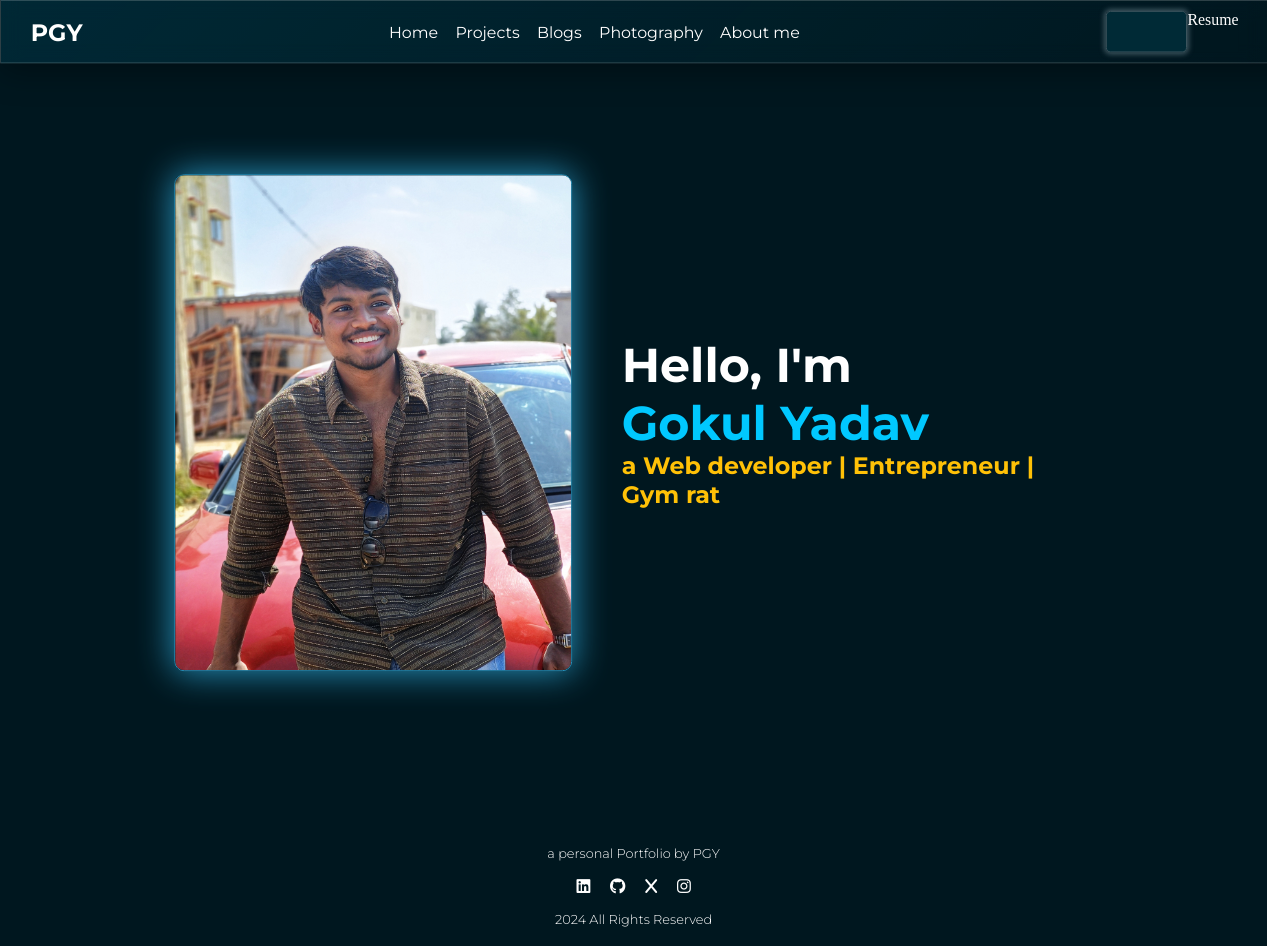
Repository: pgyunknown/pgyunknown
Page: index.html
These files come from the project's save history. The page is drawn as it stood at one moment and after the next save; the edit follows.
The browser window is 1280 px wide. The pictures show the whole page, at 99% of full size.
Some web libraries are served in a nearby version.

Above is the page before, as saved 2024-08-19 12:54:53.

### index.html
<!DOCTYPE html>
<html lang="en">
<head>
    <meta charset="UTF-8">
    <meta name="viewport" content="width=device-width, initial-scale=1.0">
    <title>Personal portfolio</title>
    <link rel="stylesheet" href="index.css">
    <link rel="preconnect" href="https://fonts.googleapis.com">
<link rel="preconnect" href="https://fonts.gstatic.com" crossorigin>
<link href="https://fonts.googleapis.com/css2?family=Libre+Baskerville:ital,wght@0,400;0,700;1,400&family=Montserrat:ital,wght@0,100..900;1,100..900&family=Titillium+Web:ital,wght@0,200;0,300;0,400;0,600;0,700;0,900;1,200;1,300;1,400;1,600;1,700&display=swap" rel="stylesheet">
<link rel="stylesheet" href="https://cdnjs.cloudflare.com/ajax/libs/font-awesome/6.6.0/css/all.min.css" integrity="sha512-Kc323vGBEqzTmouAECnVceyQqyqdsSiqLQISBL29aUW4U/M7pSPA/gEUZQqv1cwx4OnYxTxve5UMg5GT6L4JJg==" crossorigin="anonymous" referrerpolicy="no-referrer" />
</head>
<body>
    <header>
        <div class="pgy_con">
                <div class="pgy"><a href="#">PGY</a></div>
        </div>
        <nav>
                <div class="nav_bar">
                <a href="#" id="home">Home</a>
                <a href="#"id="projects">Projects</a>
                <a href="blog.html"id="blogs">Blogs</a>
                <a href="#"id="photo">Photography</a>
                <a href="#"id="About">About me</a>
                </div>
            </nav>
        <div class="resume_con">
                <button  ></button>   <script> onclick="Resume yet to be uploaded"
    </script> Resume</button>
        </div>
    </header>
    <main>
        <div class="contianer">
            <div ><img src="imgs/IMG20240227144332 (1).jpg" alt=""></div>
        </div>
        <div class="text_intro">
<h1 class="intro">Hello, I'm</h1>
<h1 class=" title">Gokul Yadav</h1>
<h1 class="description"> <span>a</span> Web developer | Entrepreneur | Gym rat</h1>
        </div>
    </main>
    <footer>
        <div class="footer_port">a personal Portfolio by PGY</div>
        <div class="footer_icons">
            <a href="https://www.linkedin.com/in/p-gokul-yadav-82548a295?utm_source=share&utm_campaign=share_via&utm_content=profile&utm_medium=android_app" alt="Gokul's linkedin profile" target="_blank"><i class="fa-brands fa-linkedin"></i></a>
            <a href="https://github.com/pgyunknown" alt="Gokul Github profile" target="_blank" alt="Gokul's Github profile" ><i class="fa-brands fa-github"></i></a>
            <a href=" https://x.com/cody_hunk?t=EkARfGCWhhBT_BHbby4DGw&s=08 " target="_blank" alt="Gokul's X profile" ><i class="fa-brands fa-x" ></i></a>
            <a href="#" target="_blank" alt="Gokul's fa-instagram profile" ><i class="fa-brands fa-instagram" ></i></a>
        </div>
        <div class="copyrights">2024 All Rights Reserved</div>
    </footer>



</body>
</html>

### index.css
*{margin: 0px;
    padding: 0px;
}
body{
    background-color: #00171F;
    color: white;
    box-sizing: border-box;


}
a{
    text-decoration: none;
    color: inherit;
}

header{
    display: flex;
    justify-content: space-between;
    align-items: center;
    padding: 10px;
    /* Glassy effect */
    background: linear-gradient(135deg, rgba(0, 200, 255, 0.1), rgba(255, 255, 255, 0));
    backdrop-filter: blur(10px);
    -webkit-backdrop-filter: blur(10px);
    border:1px solid rgba(255, 255, 255, 0.18);
    box-shadow: 0 8px 32px 0 rgba(0, 0, 0, 0.37);

    overflow: hidden;
    position: fixed; /* Set the navbar to fixed position */
    top: 0; /* Position the navbar at the top of the page */
    width: 100%;
}

.pgy_con
{
    margin-left: 20px;
    font-family: "Montserrat", sans-serif;
    font-optical-sizing: auto;
    font-size: x-large;
    font-weight: 700;
    font-style: normal;
    align-items: end;

}

.pgy_con .pgy a{
    text-decoration: none;
}
.nav_bar {
        /* height: 50px; */
    width: 500px;
    display: flex;
    justify-content: space-evenly;

    transition-property: all;
    transition-timing-function: ease-in-out;
    transition-delay: 1s;


}

.nav_bar a{
    box-sizing: border-box;
    font-family: "Montserrat", sans-serif;
    font-optical-sizing: auto;
    font-weight: 400;
    font-style: normal
    text-decoration: none;
    justify-content: space-around;
    align-items: center;
    padding-top:10px;
    padding-bottom :10px;
    /* padding-right:10px ;
    padding-left:10px ; */
}

.nav_bar a:hover{
    color: #FFC107;
    text-shadow: #FFC107 0px 0px  1px;
    border-bottom: 0.5px solid #FFC107;


}


.resume_con {
    display: flex;
    justify-content: center;
    margin-right: 20px;
    background-color: #00171F;
    margin-right: 40px;
}
.resume_con button{
    background-color:rgba(0, 200, 255, 0.1);
    box-sizing: content-box;
    height: 2.5rem;
    width: 5rem;
    font-family: "Montserrat", sans-serif;
    font-optical-sizing: auto;
    font-size: large;
    font-weight: 500;
    font-style: normal;
    color: #1ABEFF;
    border: 0.0001px solid #3c555f;
    border-radius: 0.3rem;
    box-shadow: 0px 0px 5px 2px #3c555f;

}



main{
    display: flex;
    justify-content:space-around;
    align-items: center;
    padding: 4.6rem;
    margin: 3.4rem;
}
.contianer img{
    display: flex;
    justify-content: center;
    height: 500px;
    width:400px;
    border-radius:10px;
    border: 1px solid #2792bd;
    box-shadow: 0px 0px 35px 1px #2792bd;

}

.text_intro{
    display: flex;
    justify-content: space-around;
    flex-direction:column;
    font-family: "Montserrat", sans-serif;
    font-optical-sizing: auto;
    font-size: x-large;
    font-weight: 500;
    font-style: normal;
    align-items: start;

}

.intro {
  color:;
}
.title {
    color: #00C8FF;
}
.description {

  font-size: 24px;
  color: #FFC107;
}

.description span{
    font-size: 24px;
}

footer{
    display: flex;
    flex-direction:column;
    justify-content: space-evenly;
    align-items: center;
    margin-bottom: 20px;

    font-family: "Montserrat", sans-serif;
    font-optical-sizing: auto;
    font-size: small;
    font-weight: 300;
    font-style: normal;
}

.footer_icons{
    display: flex;
    justify-content: center;
    align-items: center;
    width: 50px;
    height: 50px;
}



.copyrights{
    display: flex;
    justify-content: center;
    align-items: center;
}

.footer_icons a{
font-size: medium;
padding: 10px;
width: 50px;
height: 50px;
display: flex;
justify-content: center;
align-items: center;

}

@media (min-width:720px) {
    main {
        flex-direction: row;
        padding: 1rem;
        margin: 10rem;
    }

    .container img {
        height: 200px;
        width: 200px;
    }

    .text_intro {
        margin-left: 50px;
    }

    .nav_bar {
        width: 450px;
    }
}

After the next save:
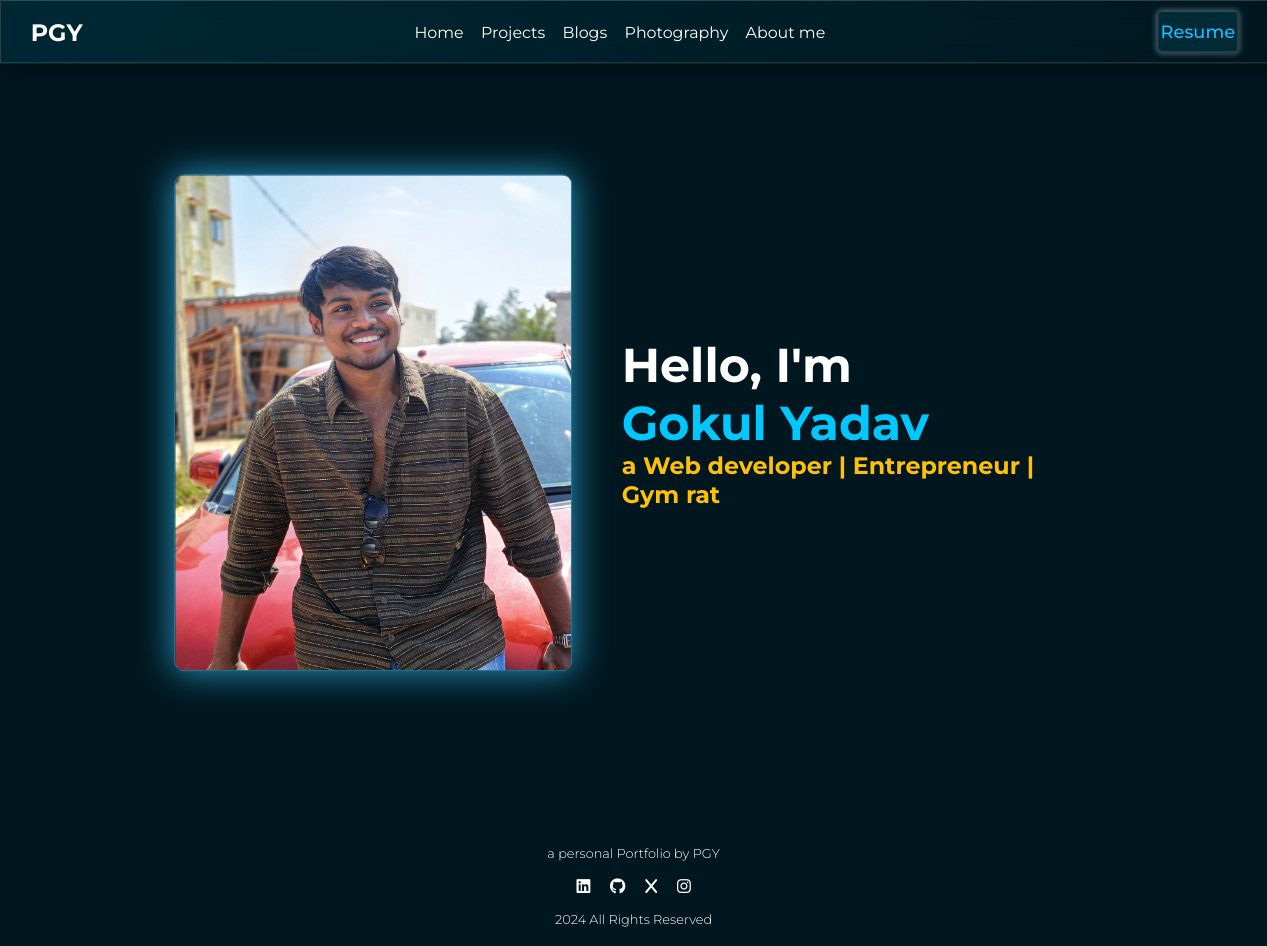
Console error (its wording comes from the project's code and is left out).
Saved 6 s later.
--- a/index.html
+++ b/index.html
@@ -11,6 +11,7 @@
 <link rel="stylesheet" href="https://cdnjs.cloudflare.com/ajax/libs/font-awesome/6.6.0/css/all.min.css" integrity="sha512-Kc323vGBEqzTmouAECnVceyQqyqdsSiqLQISBL29aUW4U/M7pSPA/gEUZQqv1cwx4OnYxTxve5UMg5GT6L4JJg==" crossorigin="anonymous" referrerpolicy="no-referrer" />
 </head>
 <body>
+
     <header>
         <div class="pgy_con">
                 <div class="pgy"><a href="#">PGY</a></div>
@@ -25,8 +26,7 @@
                 </div>
             </nav>
         <div class="resume_con">
-                <button  ></button>   <script> onclick="Resume yet to be uploaded"
-    </script> Resume</button>
+                <button onclick="Resume yet to be uploaded">Resume</button>
         </div>
     </header>
     <main>
